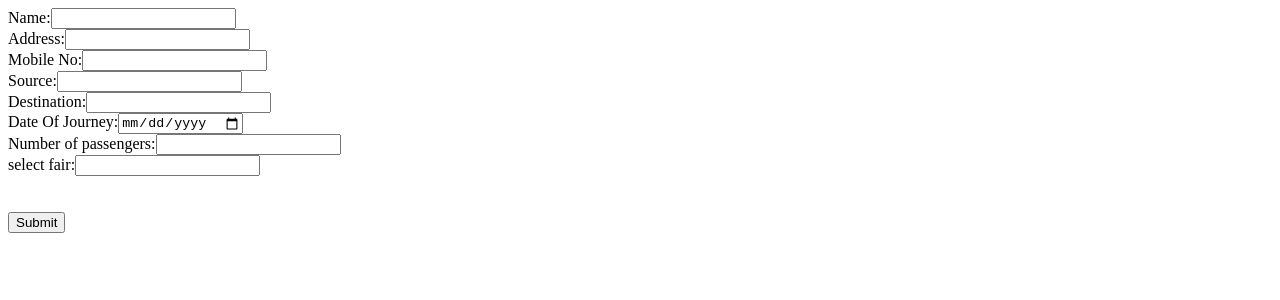
Repository: jha6435/Backenefinalsubmission
Page: http://localhost/ProjectFlyaway2/bookticket.jsp
These files come from the project's save history. The page is drawn as it stood at one moment and after the next save; the edit follows.
The browser window is 1280 px wide. The pictures show the whole page.
The page is served by Tomcat 9.

Above is the page before, as saved 2023-05-12 03:41:27.

After the next save:
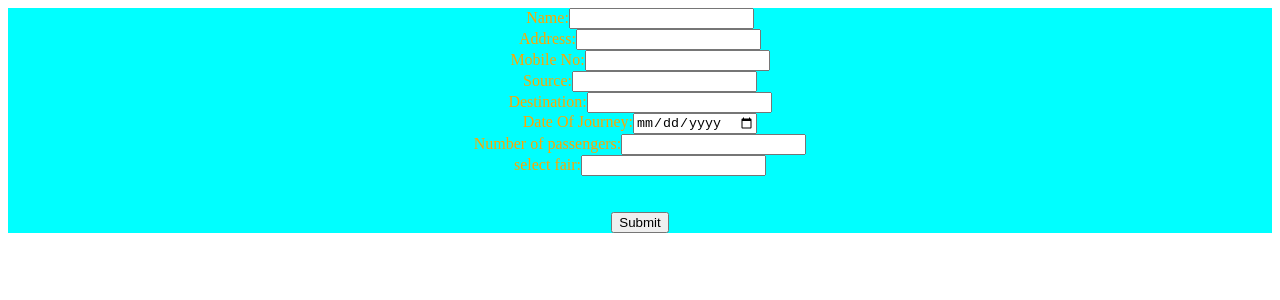
Saved 3 min 31 s later.
--- a/ProjectFlyaway2/src/main/webapp/bookticket.jsp
+++ b/ProjectFlyaway2/src/main/webapp/bookticket.jsp
@@ -5,6 +5,12 @@
 <head>
 <meta charset="ISO-8859-1">
 <title>Insert title here</title>
+<style type="text/css">
+form{background:cyan;
+color:orange;
+text-align: center;
+font-size: medium;}
+</style>
 </head>
 <body>
 <form action="">
